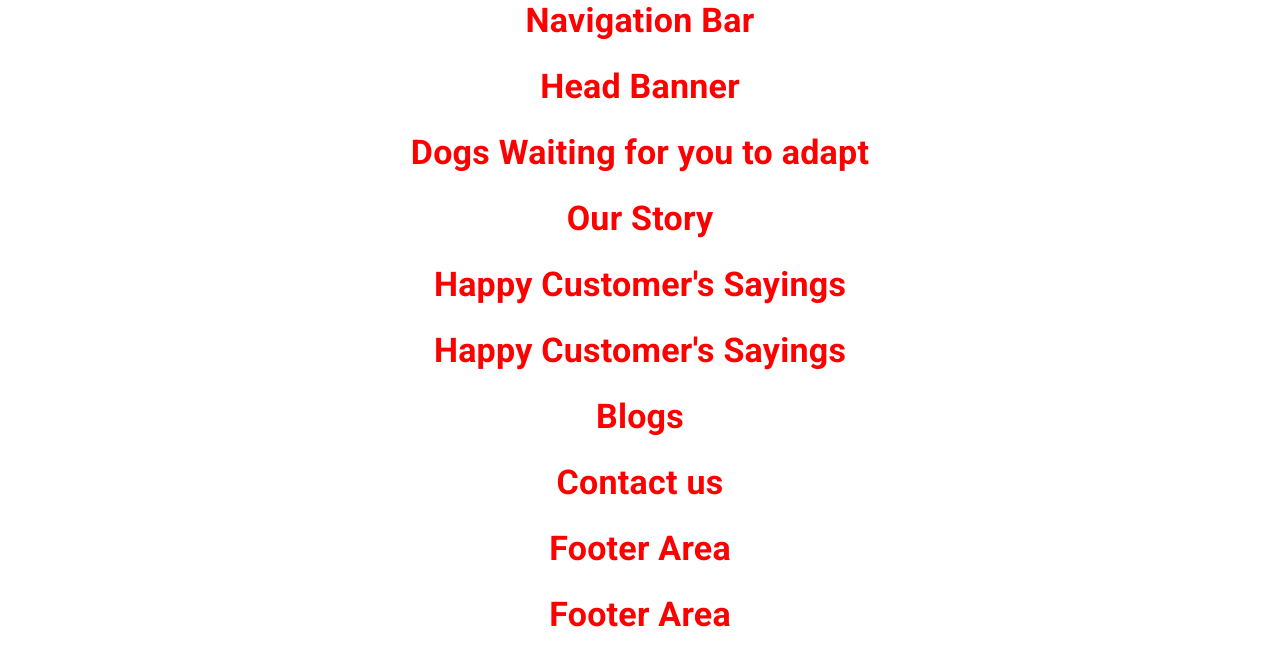
Repository: Sharif-00112/dogos-paradise-client
Page: /
These files come from the project's save history. The page is drawn as it stood at one moment and after the next save; the edit follows.
The browser window is 1280 px wide. The pictures show the whole page.
The page's requests for data from a server got no answer. The project was rebuilt for these pictures with package versions that can differ from the ones it lists, and the page was loaded fresh each time. Some packages were replaced by stand-ins written for this rebuild. No one was signed in, and anything a server would have sent is missing. Also part of the build but not shown: src/Pages/Login/Login/Login.js, src/Pages/Login/Register/Register.js, src/Pages/NotFound/NotFound.js.

Above is the page before, as saved 2022-11-30 21:24:30.

### public/index.html
<!DOCTYPE html>
<html lang="en">
  <head>
    <meta charset="utf-8" />
    <link rel="icon" href="%PUBLIC_URL%/favicon.ico" />
    <meta name="viewport" content="width=device-width, initial-scale=1" />
    <meta name="theme-color" content="#000000" />
    <meta
      name="description"
      content="Web site created using create-react-app"
    />
    <link
      rel="stylesheet" href="https://fonts.googleapis.com/css?family=Roboto:300,400,500,700&display=swap"
    />

    <link rel="apple-touch-icon" href="%PUBLIC_URL%/logo192.png" />
    <!--
      manifest.json provides metadata used when your web app is installed on a
      user's mobile device or desktop. See https://developers.google.com/web/fundamentals/web-app-manifest/
    -->
    <link rel="manifest" href="%PUBLIC_URL%/manifest.json" />
    <!--
      Notice the use of %PUBLIC_URL% in the tags above.
      It will be replaced with the URL of the `public` folder during the build.
      Only files inside the `public` folder can be referenced from the HTML.

      Unlike "/favicon.ico" or "favicon.ico", "%PUBLIC_URL%/favicon.ico" will
      work correctly both with client-side routing and a non-root public URL.
      Learn how to configure a non-root public URL by running `npm run build`.
    -->
    <title>React App</title>
  </head>
  <body>
    <noscript>You need to enable JavaScript to run this app.</noscript>
    <div id="root"></div>
    <!--
      This HTML file is a template.
      If you open it directly in the browser, you will see an empty page.

      You can add webfonts, meta tags, or analytics to this file.
      The build step will place the bundled scripts into the <body> tag.

      To begin the development, run `npm start` or `yarn start`.
      To create a production bundle, use `npm run build` or `yarn build`.
    -->
  </body>
</html>

### src/App.js
import React  from 'react';
import './App.css';
import { BrowserRouter as Router, Route, Routes} from 'react-router-dom';
import Home from './Pages/Home/Home/Home';
import Login from './Pages/Login/Login/Login';
import Register from './Pages/Login/Register/Register';
import AuthProvider from './contexts/AuthProvider/AuthProvider';
// import PrivateRoute from './Pages/Login/PrivateRoute/PrivateRoute';
import NotFound from './Pages/NotFound/NotFound';
import Contact from './Pages/Home/Contact/Contact';
import Footer from './Pages/Shared/Footer/Footer';
// import Dashboard from './Pages/Dashboard/Dashboard/Dashboard';

function App() {
  return (
    <div className="App">
      <AuthProvider>
        <Router>
          <Routes>
            <Route exact path = '/' element={<Home/>}/>
            <Route exact path = '/home' element={<Home/>}/>
            <Route exact path = '/login' element={<Login/>}/>
            <Route exact path = '/register' element={<Register/>}/>
            <Route exact path = '/contact' element={<Contact/>}/>
            {/* <Route exact path = '/appointment' element = {
              <PrivateRoute>
                <Appointment></Appointment>
              </PrivateRoute>
            }> </Route> */}
            {/* <Route path = 'dashboard/*' element = {
              <PrivateRoute>
                <Dashboard></Dashboard>
              </PrivateRoute>
            }> </Route> */}
            <Route path = '*' element={<NotFound/>}/>
          </Routes>
          <Footer></Footer>
        </Router>
      </AuthProvider>
    </div>
  );
}

export default App;

### src/Pages/Home/Home/Home.js
import React from 'react';
import Footer from '../../Shared/Footer/Footer';
import Navigation from '../../Shared/Navigation/Navigation';
import Banner from '../Banner/Banner';
import Blogs from '../Blogs/Blogs';
import Contact from '../Contact/Contact';
import CustomerReviews from '../CustomerReviews/CustomerReviews';
import Products from '../Products/Products';
import CustomerReview from '../CustomerReview/CustomerReview';
import Story from '../Story/Story';

const Home = () => {
    return (
        <div>
            <Navigation></Navigation>
            <Banner></Banner>
            <Products></Products>
            <Story></Story>
            <CustomerReviews></CustomerReviews>
            <CustomerReview></CustomerReview>
            <Blogs></Blogs>
            <Contact></Contact>
            <Footer></Footer>
        </div>
    );
};

export default Home;

### src/contexts/AuthProvider/AuthProvider.js
import React from 'react';
import { createContext } from 'react';
import useFirebase from '../../hooks/useFirebase';

//step-1-context
export const AuthContext = createContext();

const AuthProvider = (props) => {
    //step-3-context
    const {children} = props;

    //step-5-context
    const allContexts = useFirebase();

    return (
        //step-2-context
        <AuthContext.Provider value={allContexts}>
            {children}
        </AuthContext.Provider>
    );
};

export default AuthProvider;

### src/Pages/Home/Contact/Contact.js
import React from 'react';
import { Typography } from '@mui/material';

const Contact = () => {
    return (
        <div>
            <Typography sx={{ m: 3, color: 'red', fontWeight: 600 }} variant="h4" component="div">
                Contact us
            </Typography>
        </div>
    );
};

export default Contact;

### src/Pages/Shared/Footer/Footer.js
import React from 'react';
import { Typography } from '@mui/material';


const Footer = () => {
    return (
        <div>
            <Typography sx={{ m: 3, color: 'red', fontWeight: 600 }} variant="h4" component="div">
                Footer Area
            </Typography>
        </div>
    );
};

export default Footer;

### src/Pages/Shared/Navigation/Navigation.js
import React from 'react';
import { Typography } from '@mui/material';

const Navigation = () => {
    return (
        <div>
            <Typography sx={{ mx: 3, color: 'red', fontWeight: 600 }} variant="h4" component="div">
                Navigation Bar
            </Typography>
        </div>
    );
};

export default Navigation;

### src/Pages/Home/Banner/Banner.js
import React from 'react';
import { Typography } from '@mui/material';

const Banner = () => {
    return (
        <div>
            <Typography sx={{ m: 3, color: 'red', fontWeight: 600 }} variant="h4" component="div">
                Head Banner
            </Typography>
        </div>
    );
};

export default Banner;

### src/Pages/Home/Blogs/Blogs.js
import React from 'react';
import { Typography } from '@mui/material';


const Blogs = () => {
    return (
        <div>
            <Typography sx={{ m: 3, color: 'red', fontWeight: 600 }} variant="h4" component="div">
                Blogs
            </Typography>
        </div>
    );
};

export default Blogs;

### src/Pages/Home/CustomerReviews/CustomerReviews.js
import React from 'react';
import { Typography } from '@mui/material';


const CustomerReviews = () => {
    return (
        <div>
            <Typography sx={{ m: 3, color: 'red', fontWeight: 600 }} variant="h4" component="div">
                Happy Customer's Sayings
            </Typography>
        </div>
    );
};

export default CustomerReviews;

### src/Pages/Home/Products/Products.js
import React from 'react';
import { Typography } from '@mui/material';

const Products = () => {
    return (
        <div>
            <Typography sx={{ m: 3, color: 'red', fontWeight: 600 }} variant="h4" component="div">
                Dogs Waiting for you to adapt
            </Typography>
        </div>
    );
};

export default Products;

### src/Pages/Home/CustomerReview/CustomerReview.js
import React from 'react';
import { Typography } from '@mui/material';

const CustomerReview = () => {
    return (
        <div>
            <Typography sx={{ m: 3, color: 'red', fontWeight: 600 }} variant="h4" component="div">
                Happy Customer's Sayings
            </Typography>
        </div>
    );
};

export default CustomerReview;

### src/Pages/Home/Story/Story.js
import React from 'react';
import { Typography } from '@mui/material';


const Story = () => {
    return (
        <div>
            <Typography sx={{ m: 3, color: 'red', fontWeight: 600 }} variant="h4" component="div">
                Our Story
            </Typography>
        </div>
    );
};

export default Story;

### src/hooks/useFirebase.js
import { useState } from "react";
import initializeAuthentication from "../Pages/Login/Firebase/firebase.initialize";
import { getAuth, signInWithPopup, GoogleAuthProvider, onAuthStateChanged, signOut, FacebookAuthProvider, createUserWithEmailAndPassword, signInWithEmailAndPassword, sendPasswordResetEmail, updatePassword, sendEmailVerification, updateProfile, getIdToken } from "firebase/auth";
import { useEffect } from "react";

initializeAuthentication();

const useFirebase = () =>{
    const [user, setUser] = useState({});
    const [error, setError] = useState('');
    const [name, setName] = useState('');
    const [email, setEmail] = useState('');
    const [password, setPassword] = useState('');
    const [isLoading, setIsLoading] = useState(true);
    const [admin, setAdmin] = useState(false);
    const [token, setToken] = useState('');

    const googleProvider = new GoogleAuthProvider();
    // const gitProvider = new GithubAuthProvider();
    const facebookProvider = new FacebookAuthProvider();
    const auth = getAuth();

    const signInUsingGoogle = () =>{
      setIsLoading(true);
      signInWithPopup(auth, googleProvider)
      .then((result) => {
          // This gives you a Google Access Token. You can use it to access the Google API.
          // const credential = GoogleAuthProvider.credentialFromResult(result);
          // const token = credential.accessToken;
          // The signed-in user info.
          setUser(result.user);
          // save user to the database
          saveUserToDB(result.user.email, result.user.displayName, 'PUT');
      }).catch((error) => {
          // Handle Errors here.
          setError(error.code);
          setError(error.message);
          // The email of the user's account used.
          setError(error.customData.email);
          // The AuthCredential type that was used.
          setError(GoogleAuthProvider.credentialFromError(error));
      }).finally(() =>{
        setIsLoading(false);
      });
    };

    const signInUsingFacebook = () =>{
      setIsLoading(true);
      signInWithPopup(auth, facebookProvider)
      .then((result) => {
        // The signed-in user info.
        setUser(result.user);
        // save user to the database
        saveUserToDB(result.user.email, result.user.displayName, 'PUT');

        // This gives you a Facebook Access Token. You can use it to access the Facebook API.
        // const credential = FacebookAuthProvider.credentialFromResult(result);
        // const accessToken = credential.accessToken;
      })
      .catch((error) => {
        // Handle Errors here.
        setError(error.code);
        setError(error.message);
        // The email of the user's account used.
        setError(error.customData.email);
        // The AuthCredential type that was used.
        setError(FacebookAuthProvider.credentialFromError(error));
      }).finally(() =>{
        setIsLoading(false);
      });
    };

    const customLogin = (email, password) =>{
      setIsLoading(true);
      signInWithEmailAndPassword(auth, email, password)
      .then((userCredential) => {
        // Signed in
        setUser(userCredential.user);
        setError('');
      })
      .catch((error) => {
        setError(error.code);
        setError(error.message);
      })
      .finally(() => setIsLoading(false));
    };

    const customRegister = (email, password) =>{
      setIsLoading(true);
      createUserWithEmailAndPassword(auth, email, password)
      .then((userCredential) => {
        // Signed in
        // const user = userCredential.user;
        // console.log(user);
        setUser(userCredential.user);
        // save user to the database
        saveUserToDB(userCredential.user.email, userCredential.user.displayName, 'POST')
        // clear error message
        setError('');
      })
      .catch((error) => {
        setError(error.code);
        setError(error.message);
      })
      .finally(() => setIsLoading(false));
    };

    const handleLoginSubmitBtn = e =>{
      e.preventDefault();
      // console.log(email, password);
      customLogin(email, password);
    }

    const handleRegisterSubmitBtn = e =>{
      e.preventDefault();
      // console.log(email, password);

      if(!/.{8,}/.test(password)){
        setError('Ensure password is of minimum length 8');
        return;
      }
      if(!/(?=.*[A-Z])/.test(password)){
        setError('Ensure password has minimum one uppercase letters');
        return;
      }
      if(!/(?=.*[!@#$%^&*()\-__+.])/.test(password)){
        setError('Ensure password has minimum one special case letter');
        return;
      }
      if(!/(?=.*[0-9])/.test(password)){
        setError('Ensure password has minimum one digits');
        return;
      }
      if(!/(?=.*[a-z])/.test(password)){
        setError('Ensure password has minimum one lowercase letters');
        return;
      }
      customRegister(email, password);
    }

    const handleNameChange = e =>{
      setName(e.target.value);
    }

    const handleEmailChange = e =>{
      setEmail(e.target.value);
    }

    const handlePasswordChange = e =>{
      setPassword(e.target.value);
    }

    const handleForgotPassword = () =>{
      sendPasswordResetEmail(auth, email)
      .then(() => {
        // Password reset email sent!
      })
      .catch((error) => {
        setError(error.code);
        setError(error.message);
      });
    }

    const handleChangePassword = () =>{
      const user = auth.currentUser;
      const newPassword = password;
      updatePassword(user, newPassword).then(() => {
        // Update successful.
      }).catch((error) => {
        setError(error.code);
        setError(error.message);
      });
    }

    const setUserName = () =>{
      updateProfile(auth.currentUser, {
        displayName: name
      }).then(() => {
        // Profile updated!
      }).catch((error) => {
        setError(error.code);
        setError(error.message);
      });
    }

    const verifyEmail = () =>{
      sendEmailVerification(auth.currentUser)
      .then(() => {
        // Email verification sent!
      }).catch((error) => {
        setError(error.code);
        setError(error.message);
      });
    }

    //observe user login change
    useEffect(()=>{
        const unsubscribe = onAuthStateChanged(auth, (user) => {
            if (user) {
              // User is signed in
              setUser(user);

              //JWT
              getIdToken(user)
              // .then(idToken => console.log(idToken))
              // .then(idToken => localStorage.setItem('idToken', idToken))
              .then(idToken => setToken(idToken))

            } else {
              // User is signed out
              setUser({});
            }
            setIsLoading(false);
          });
          return () => unsubscribe;
    },[auth]);

    // check Admin
    // useEffect( () =>{
    //   fetch(`http://localhost:3005/users/${user.email}`)
    //   .then(res => res.json())
    //   .then(data => setAdmin(data.admin))
    // } ,[user.email])

    const logout = () =>{
      setIsLoading(true);
      signOut(auth)
      .then(() => {
          // Sign-out successful.
          setUser({});
        }).catch((error) => {
          setError(error);
        }).finally(()=>{
          setIsLoading(false);
        });
    }

    const saveUserToDB = (email, displayName, method) =>{
      const user = {email, displayName};
      fetch('http://localhost:3005/users', {
          method: method,
          headers: {
              'content-type' : 'application/json'
          },
          body: JSON.stringify(user)
      })
      .then()
    }

    return {
      signInUsingGoogle,
      signInUsingFacebook,
      customLogin,
      customRegister,
      handleLoginSubmitBtn,
      handleRegisterSubmitBtn,
      handleNameChange,
      handleEmailChange,
      handlePasswordChange,
      handleForgotPassword,
      handleChangePassword,
      verifyEmail,
      setUserName,
      logout,
      user,
      admin,
      error,
      isLoading,
      token
    };
}

export default useFirebase;

### src/Pages/Login/Firebase/firebase.initialize.js
import { initializeApp } from "firebase/app";
import firebaseConfig from "./firebase.config";

const initializeAuthentication = () =>{
    initializeApp(firebaseConfig);
}

export default initializeAuthentication;

### src/Pages/Login/Firebase/firebase.config.js
// console.log(process.env);

const firebaseConfig = {
  apiKey: process.env.REACT_APP_FIREBASE_API_KEY,
  authDomain: process.env.REACT_APP_FIREBASE_AUTH_DOMAIN,
  projectId: process.env.REACT_APP_FIREBASE_PROJECT_ID,
  storageBucket: process.env.REACT_APP_FIREBASE_STORAGE_BUCKET,
  messagingSenderId: process.env.REACT_APP_FIREBASE_MESSAGING_SENDER_ID,
  appId: process.env.REACT_APP_FIREBASE_APP_ID,
  measurementId: process.env.REACT_APP_FIREBASE_MEASUREMENT_ID
};

export default firebaseConfig;

// .env.local
// REACT_APP_FIREBASE_API_KEY=AIzaSyCGaQ8G2l5KeOKX4bAJ7MC19oWW_2vnTNQ
// REACT_APP_FIREBASE_AUTH_DOMAIN=dogos-paradise.firebaseapp.com
// REACT_APP_FIREBASE_PROJECT_ID=dogos-paradise
// REACT_APP_FIREBASE_STORAGE_BUCKET=dogos-paradise.appspot.com
// REACT_APP_FIREBASE_MESSAGING_SENDER_ID=824394057307
// REACT_APP_FIREBASE_APP_ID=1:824394057307:web:727ac0c86627b9544a617e
// REACT_APP_FIREBASE_MEASUREMENT_ID=G-DL8JJ6MYSD

// const firebaseConfig = {
  // apiKey: "AIzaSyCGaQ8G2l5KeOKX4bAJ7MC19oWW_2vnTNQ",
  // authDomain: "dogos-paradise.firebaseapp.com",
  // projectId: "dogos-paradise",
  // storageBucket: "dogos-paradise.appspot.com",
  // messagingSenderId: "824394057307",
  // appId: "1:824394057307:web:727ac0c86627b9544a617e",
  // measurementId: "G-DL8JJ6MYSD"
// };

Loaded but not shown: src/index.js (common file); src/index.css (common file); src/reportWebVitals.js (common file); src/App.css (common file)

After the next save:
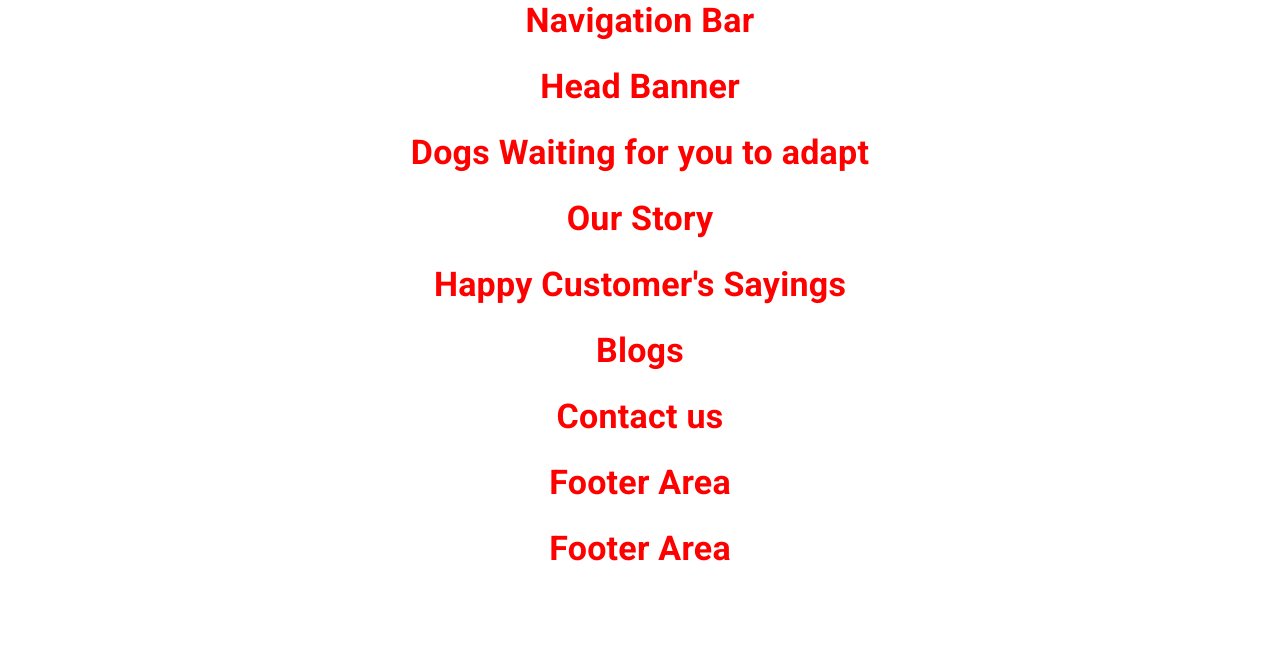
Saved 16 s later.
--- a/src/Pages/Home/CustomerReview/CustomerReview.js
+++ b/src/Pages/Home/CustomerReview/CustomerReview.js
@@ -1,12 +1,9 @@
 import React from 'react';
-import { Typography } from '@mui/material';
 
 const CustomerReview = () => {
     return (
         <div>
-            <Typography sx={{ m: 3, color: 'red', fontWeight: 600 }} variant="h4" component="div">
-                Happy Customer's Sayings
-            </Typography>
+
         </div>
     );
 };
